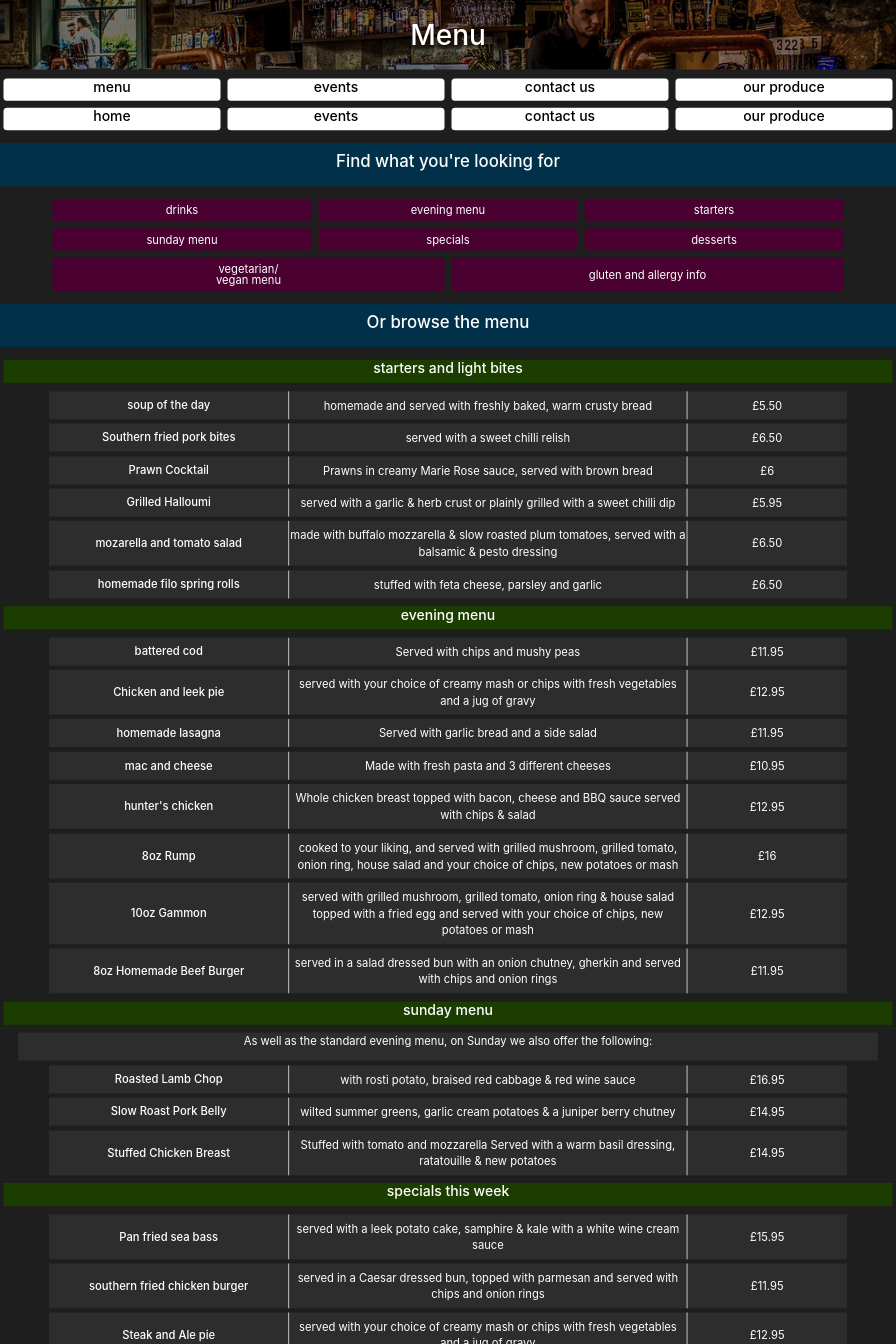
Repository: Code-Institute-Submissions/JamesLStudent-Milestone_One
Page: menu.html
The author's editor kept a record of every edit. The page is drawn from the files as they stood at one moment, then again after the next edit.
The browser window is 1280 px wide. The pictures show the part of the page from y = 0 to 1920 px (the page is 3197 px tall before and 3155 px after), at 70% of full size.

Above is the page before.
Console error: TypeError: Cannot read properties of undefined (reading 'fn')

After the next edit:
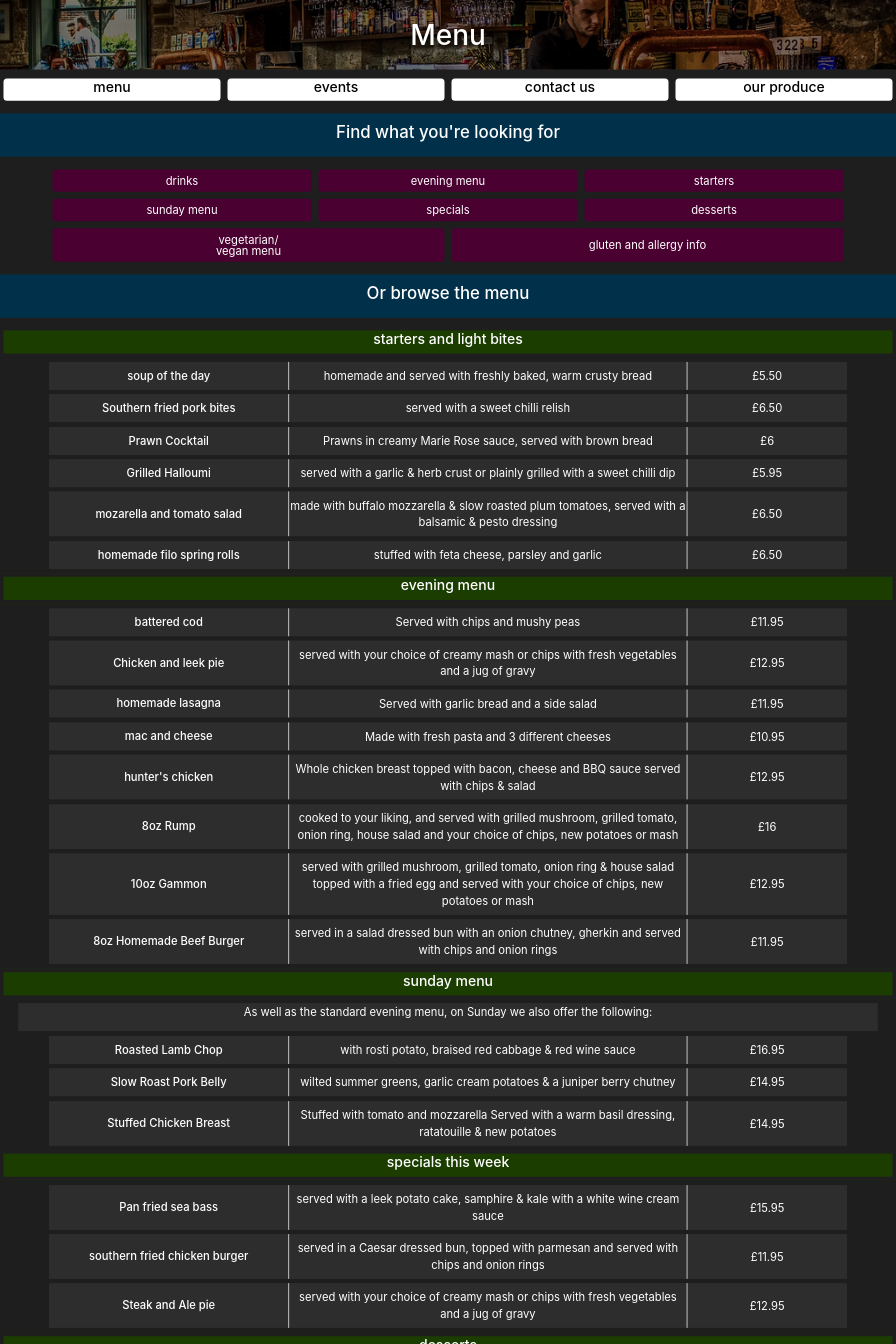
The edit:
--- a/menu.html
+++ b/menu.html
@@ -67,31 +67,6 @@
             </div>
         </a>
     </div>
-
-
-
-    <nav>
-        <a href="index.html">
-            <div class="col-6 col-md-12 col-lg-3 navigation-item black-text">
-                <h5>home</h5>
-            </div>
-        </a>
-        <a href="events.html">
-            <div class="col-6 col-md-12 col-lg-3 navigation-item black-text">
-                <h5>events</h5>
-            </div>
-        </a>
-        <a href="contacts.html">
-            <div class="col-12 col-md-12 col-lg-3 navigation-item black-text">
-                <h5>contact us</h5>
-            </div>
-        </a>
-        <a href="produce.html">
-            <div class="col-12 col-md-12 col-lg-3 navigation-item black-text">
-                <h5>our produce</h5>
-            </div>
-        </a>
-    </nav>
     <div class="centerer">
         <div class="subtitle">
             <h4>Find what you're looking for</h4>
